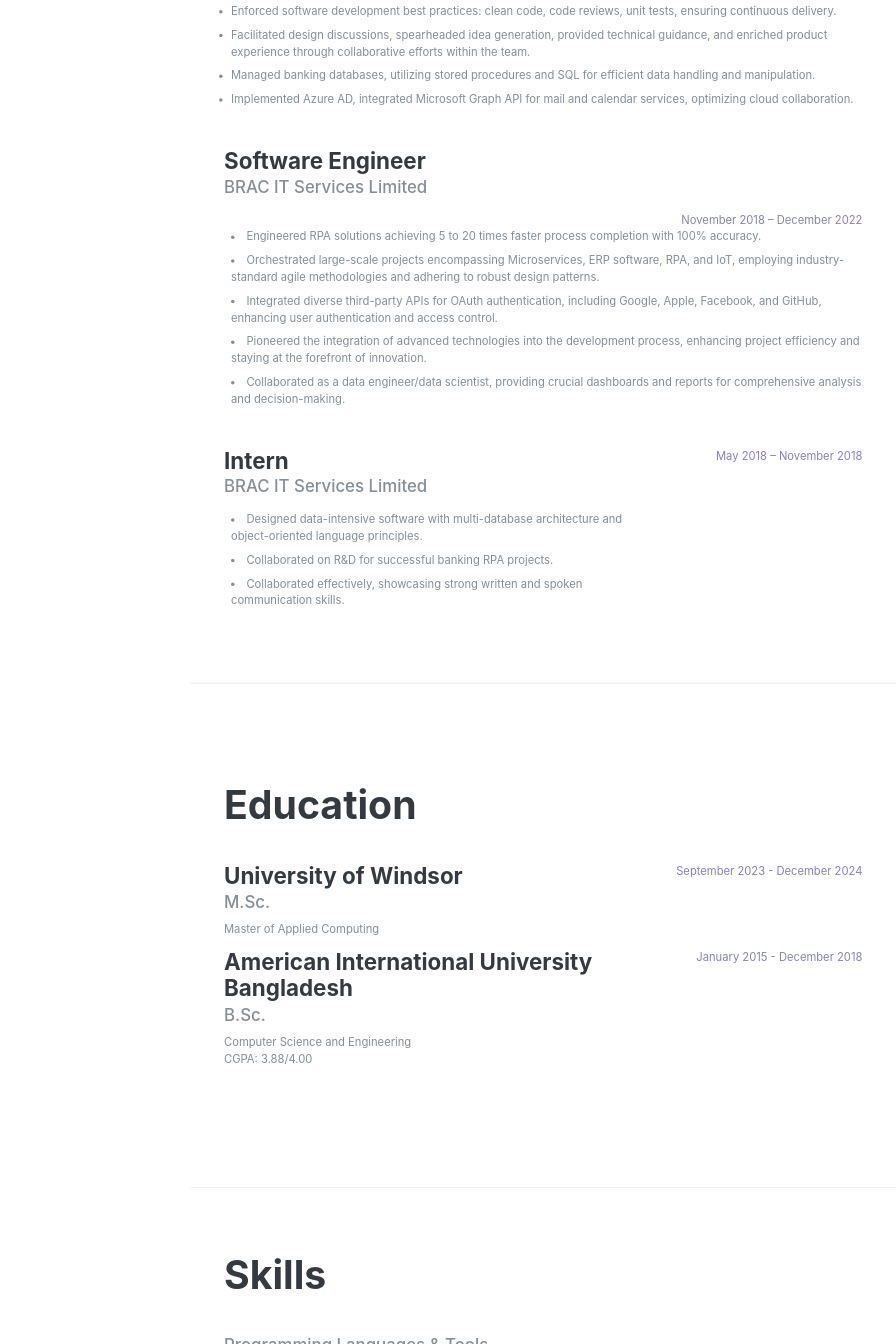
Repository: xahin96/xahin96.github.io
Page: index.html
The author's editor kept a copy of each file at every save. The page is drawn from the files as they stood at one save, then again after the next save.
The browser window is 1280 px wide. The pictures show the part of the page from y = 1006 to 2926 px (the page is 5439 px tall before and 5415 px after), at 70% of full size.
Some web fonts or font styles are not loaded; a fallback is used.

Above is the page before, as saved 2024-04-27 12:33:42.

After the next save:
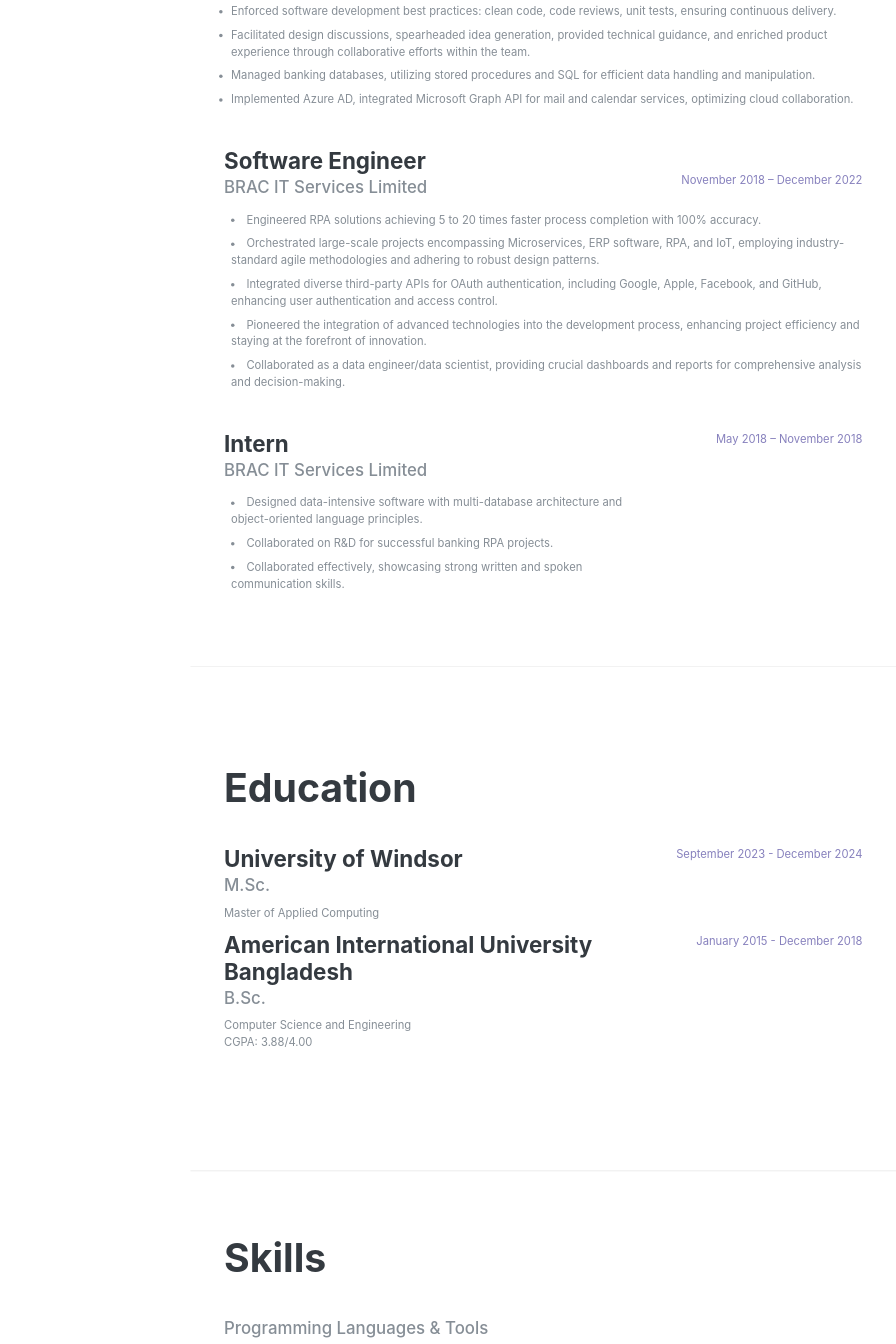
Saved 13 s later.
--- a/index.html
+++ b/index.html
@@ -125,7 +125,7 @@
 
         <div class="resume-item d-flex flex-column flex-md-row justify-content-between mb-5">
           <div class="resume-content">
-            <div>
+            <div class="flex justify-content-between align-items-center">
               <div>
                 <h3 class="mb-0">Software Engineer</h3>
                 <div class="subheading mb-3">BRAC IT Services Limited</div>
